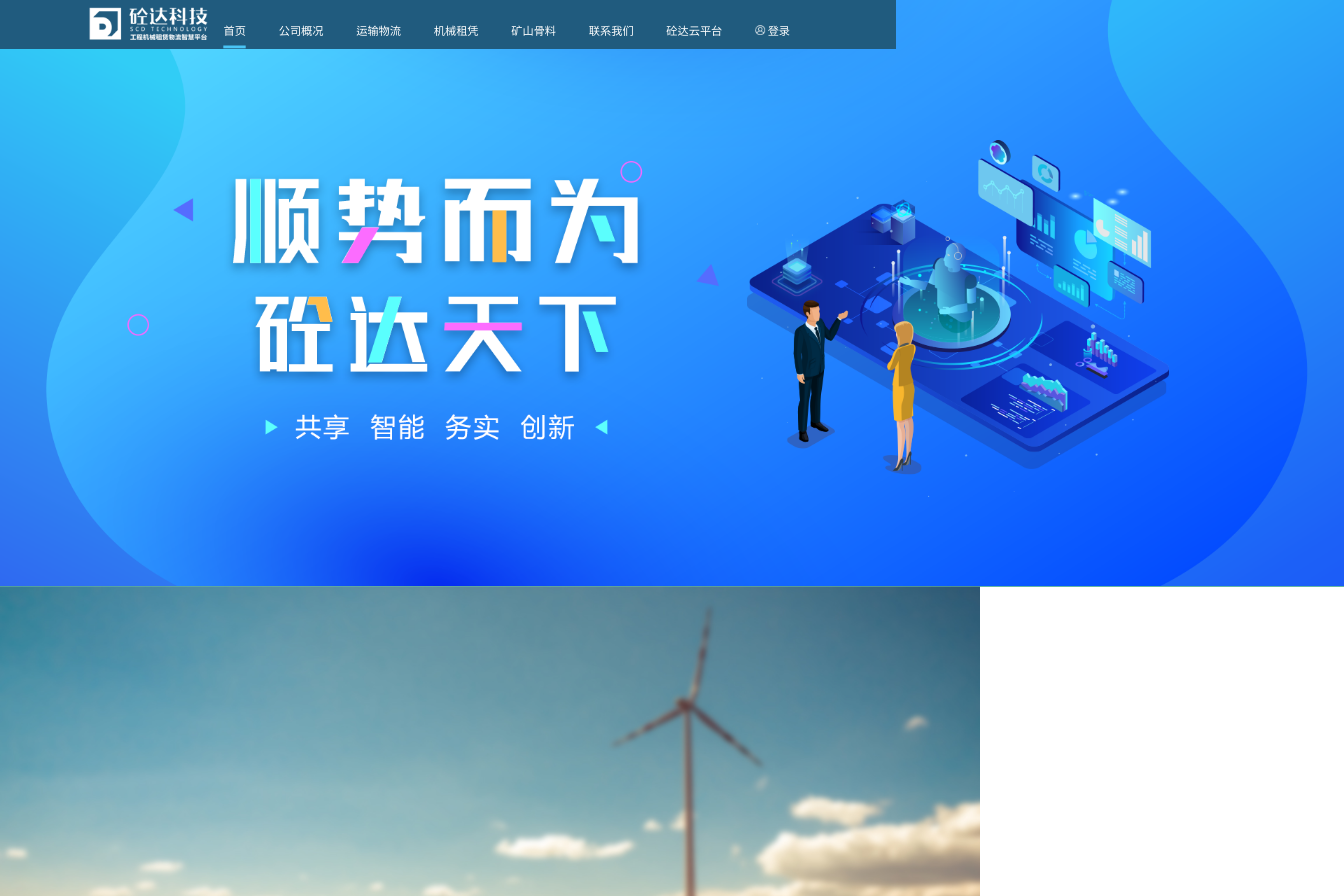
Repository: nzrdjdj/nzrdjdj.github.io
Page: index.html
These files come from the project's save history. The page is drawn as it stood at one moment and after the next save; the edit follows.
The browser window is 1280 px wide. The page is 1920 px wide, then 1519 px, so the pictures cover 1920 px, including what lies to the right of the window. The pictures show the part of the page from y = 0 to 1280 px (the page is 4342 px tall before and 4234 px after), at 70% of full size.

Above is the page before, as saved 2021-10-09 09:59:38.

After the next save:
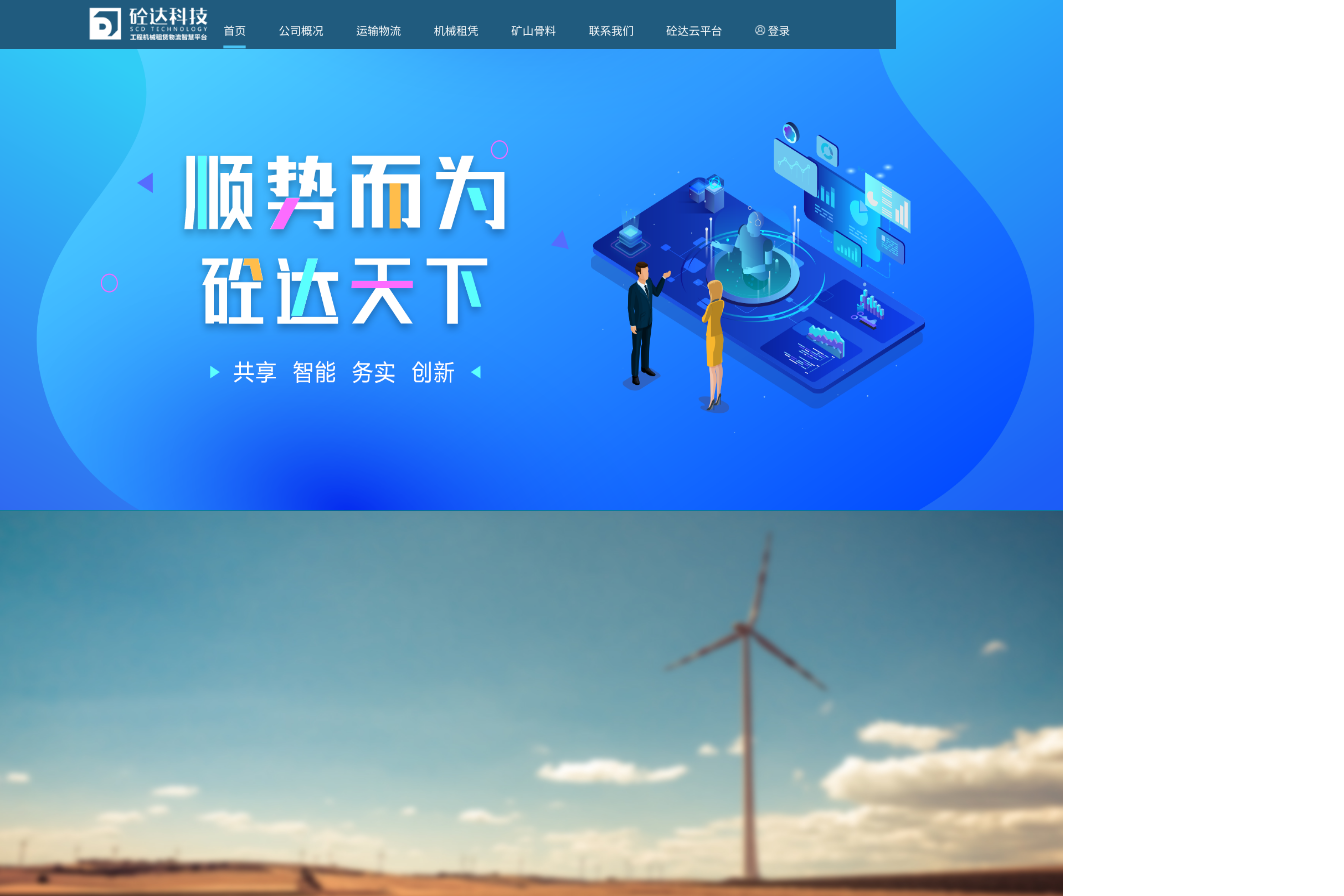
Saved 18 s later.
--- a/css/lunbo.css
+++ b/css/lunbo.css
@@ -1,4 +1,4 @@
-#lunbo img{
+.lunbo1 img{
     width: 1519px;
     height: 730px;
 }
